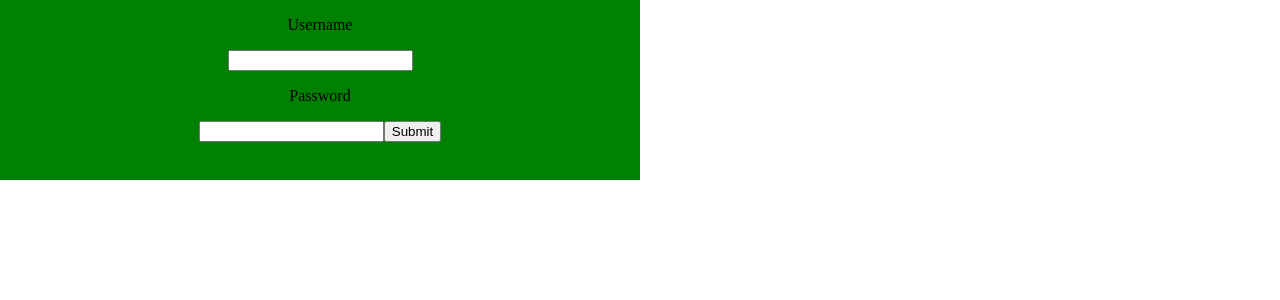
Repository: rdf004/playfab_blackjack
Page: /
These files come from the project's save history. The page is drawn as it stood at one moment and after the next save; the edit follows.
The browser window is 1280 px wide. The pictures show the whole page.
The project was rebuilt for these pictures with package versions that can differ from the ones it lists, and the page was loaded fresh each time. Also part of the build but not shown: src/Components/App.js.

Above is the page before, as saved 2020-05-07 20:14:12.

### src/index.js
import React from 'react';
import ReactDOM from 'react-dom';
import './Style/style.css';
import App from './Components/App';
import Login from './Components/Login';
import * as serviceWorker from './serviceWorker';

ReactDOM.render(
  <React.StrictMode>
    <Login />
  </React.StrictMode>,
  document.getElementById('root')
);

// If you want your app to work offline and load faster, you can change
// unregister() to register() below. Note this comes with some pitfalls.
// Learn more about service workers: https://bit.ly/CRA-PWA
serviceWorker.unregister();

### src/Style/style.css
.login-div {
    background-color: green;
    width: 50vw;
    height: 25vh;
    display: grid;
    text-align: center;
    grid-template-columns: 100%;
}


html, body {
    margin:0;
    padding:0;
    width:100%;
    height:100%;
    overflow: auto;
}

### src/Components/Login.js
import React from 'react';

class Login extends React.Component {

    render() {
        return(
            <div className="login-page">
                <div className="login-div">
                    <form>
                        <label className="login-item">
                            <p className="login-field">Username</p>
                            <input type="text" name="username" />
                        </label>
                        <label className="login-item">
                            <p className="login-field">Password</p>
                            <input type="text" name="password" />
                        </label>
                        <input className="login-item" type="submit" value="Submit" />
                    </form>
                </div>
            </div>
        );
    }

}

export default Login;

Loaded but not shown: public/index.html (common file); src/serviceWorker.js (common file)

After the next save:
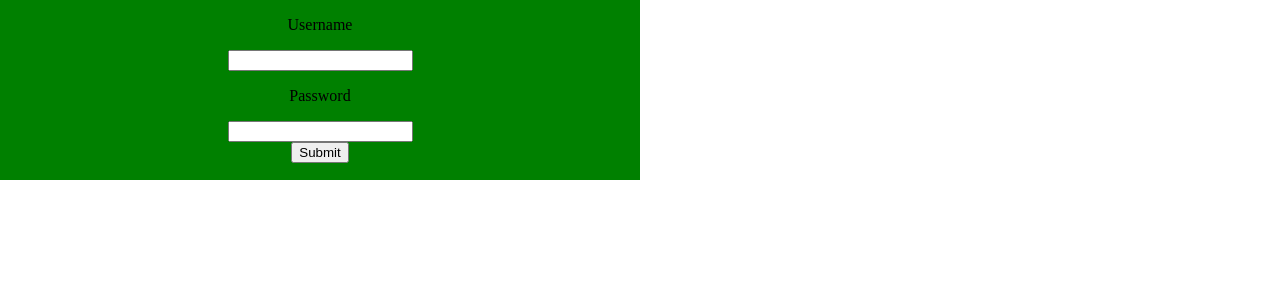
Saved 37 s later.
--- a/src/Components/Login.js
+++ b/src/Components/Login.js
@@ -7,14 +7,18 @@ class Login extends React.Component {
             <div className="login-page">
                 <div className="login-div">
                     <form>
-                        <label className="login-item">
-                            <p className="login-field">Username</p>
-                            <input type="text" name="username" />
-                        </label>
-                        <label className="login-item">
-                            <p className="login-field">Password</p>
-                            <input type="text" name="password" />
-                        </label>
+                        <div>
+                            <label className="login-item">
+                                <p className="login-field">Username</p>
+                                <input type="text" name="username" />
+                            </label>
+                        </div>
+                        <div>
+                            <label className="login-item">
+                                <p className="login-field">Password</p>
+                                <input type="text" name="password" />
+                            </label>
+                        </div>
                         <input className="login-item" type="submit" value="Submit" />
                     </form>
                 </div>
